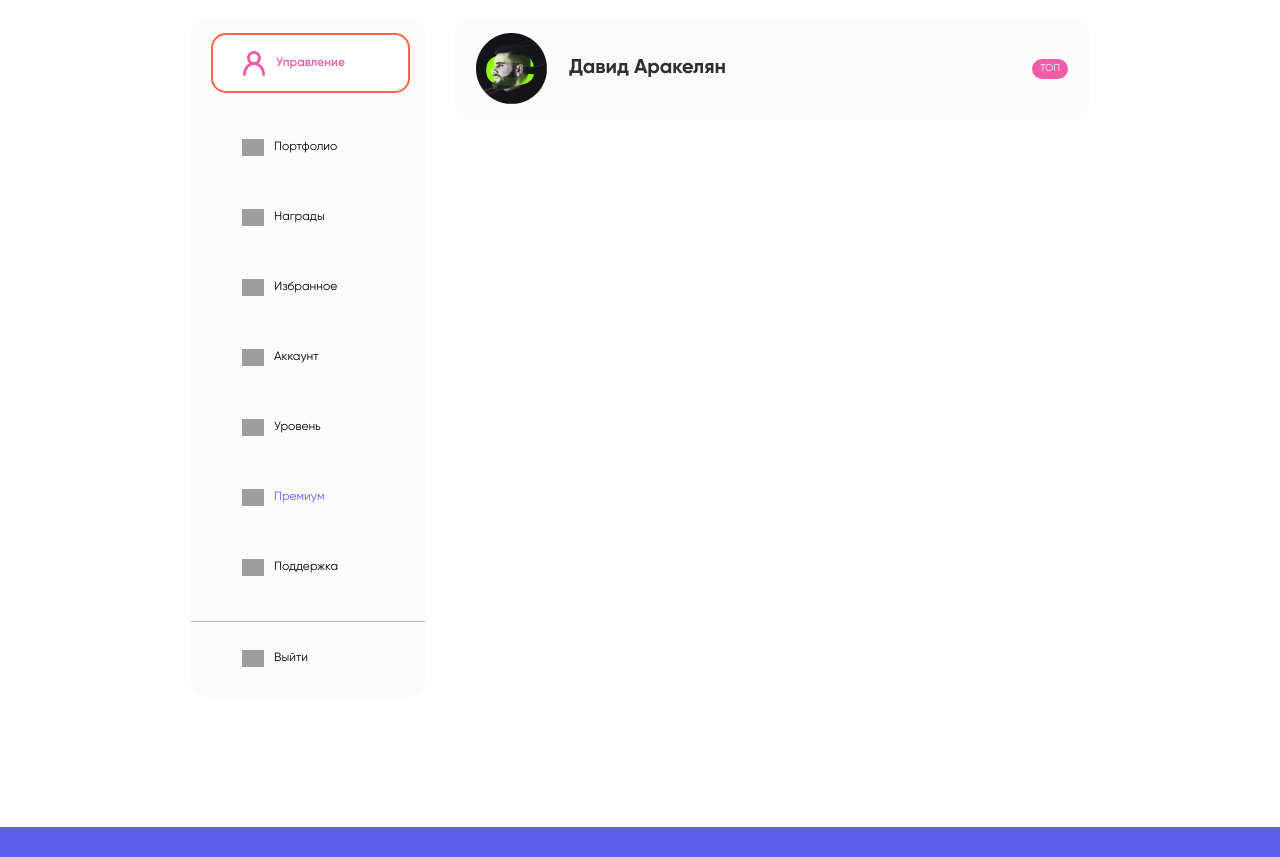
Repository: alexboagreek/selfmade
Page: index.html
An editor plug-in stored every save of this project. The page is shown before and after the next save, followed by the edit.
The browser window is 1280 px wide. The pictures show the part of the page from y = 353 to 1210 px (the page is 1719 px tall).
Pictures or frames that could not be fetched are drawn as grey boxes. A picture or video elsewhere on the page could not be fetched, so the positions and the page height are approximate.

Above is the page before, as saved 2022-12-13 12:35:46.

### index.html
<!DOCTYPE html>
<html lang="ru">
<head>
    <meta charset="UTF-8">
    <meta http-equiv="X-UA-Compatible" content="IE=edge">
    <meta name="viewport" content="width=device-width, initial-scale=1.0">
    <link rel="stylesheet" href="css/style.css">
    <link rel="icon" type="image/png" sizes="64x64" href="assets/icons/favicon.png">
    <link rel="icon" type="image/png" sizes="48x48" href="assets/icons/favicon_48.png">
    <title>Selfmade</title>
</head>
<body>
    <header class="header">
        <div class="header__container">
            <h1 class="visually-hidden">Selfmade...</h1>
            <div class="header__box">
                <div class="header__logo">
                    <a href="/"><img src="./assets/icons/header_logo.svg" alt="Логотип Selfmade"></a>
                </div>
                <div class="header__login">
                    <div class="header__alarm">
                        <img class="header__alarm_icon" src="assets/icons/bell.svg" alt="authorization bell">
                    </div>
                    <p class="user__name">Аракелян Д.</p>
                    <div class="user__login">
                        <img src="assets/icons/user_icon.svg" alt="user icon">
                    </div>
                </div>

            </div>

        </div>
    </header>

    <main class="main main__container">
        <div class="sidebar">
            <ul class="menu__list">
                <li class="menu__list_item menu__list_item_fix">
                    <button class="menu__list_button menu__button_control control__text">Управление</button>
                </li>
                <li class="menu__list_item list_item_fix">
                    <button class="menu__list_button menu__button_portfolio">Портфолио</button>
                </li>
                <li class="menu__list_item list_item_fix">
                    <button class="menu__list_button menu__button_star">Награды</button>
                </li>
                <li class="menu__list_item list_item_fix">
                    <button class="menu__list_button menu__button_like">Избранное</button>
                </li>
                <li class="menu__list_item list_item_fix">
                    <button class="menu__list_button menu__button_settings">Аккаунт</button>
                </li>
                <li class="menu__list_item list_item_fix">
                    <button class="menu__list_button menu__button_level">Уровень</button>
                </li>
                <li class="menu__list_item list_item_fix">
                    <button class="menu__list_button menu__button_premium menu__button_active">Премиум</button>
                </li>
                <li class="menu__list_item item__border list_item_fix">
                    <button class="menu__list_button menu__button_helper">Поддержка</button>
                </li>
                <li class="menu__list_item list_item_fix menu__line">
                    <button class="menu__list_button menu__button_exit">Выйти</button>
                </li>
            </ul>
        </div>
        <div class="content">
            <section class="interface">
                <div class="interface__box">
                    <div class="interface__box_header">
                        <div class="user__info">
                            <img src="assets/img/interface.png" alt="Логотип интерфейса юзера | user interface logo" class="interface__img">
                            <p class="interface__text">Давид Аракелян</p>
                        </div>
                        <div class="interface__rating">Топ</div>
                    </div>
                </div>
            </section>
        </div>
    </main>

  <footer class="footer">
    <div class="footer__container">
        <div class="footer__box">
            <img src="./assets/icons/footer_logo.svg" alt="Логотип Selfmade">
            <div class="footer__social">
                <ul class="footer__social_list">
                    <li class="footer__social_list_item">
                        <svg width="15" height="14" viewbox="0 0 15 14" fill="none" xmlns="http://www.w3.org/2000/svg">
                            <path d="M0.911243 6.87875L4.18677 8.10128L5.45459 12.1786C5.53572 12.4397 5.85504 12.5363 6.067 12.363L7.89283 10.8745C8.08421 10.7186 8.35682 10.7108 8.55683 10.856L11.85 13.2469C12.0767 13.4117 12.3979 13.2875 12.4548 13.0135L14.8672 1.40935C14.9293 1.11007 14.6352 0.860402 14.3502 0.970619L0.907405 6.15646C0.575664 6.2844 0.578554 6.75408 0.911243 6.87875ZM5.25027 7.4505L11.6519 3.50775C11.7669 3.43709 11.8853 3.59266 11.7865 3.6843L6.50332 8.59526C6.31761 8.76813 6.19783 8.99946 6.1639 9.25055L5.98393 10.5842C5.9601 10.7623 5.70995 10.78 5.66081 10.6077L4.96866 8.17563C4.88939 7.89823 5.00491 7.60194 5.25027 7.4505Z" fill="#5D5FEF"/>
                        </svg>
                    </li>
                    <li class="footer__social_list_item">
                        <svg width="15" height="15" viewbox="0 0 15 15" fill="none" xmlns="http://www.w3.org/2000/svg">
                            <path fill-rule="evenodd" clip-rule="evenodd" d="M4.90509 0.6828C2.54568 0.6828 0.632996 2.59548 0.632996 4.9549V10.295C0.632996 12.6544 2.54568 14.5671 4.90509 14.5671H10.2452C12.6046 14.5671 14.5173 12.6544 14.5173 10.295V4.9549C14.5173 2.59548 12.6046 0.6828 10.2452 0.6828H4.90509ZM7.57515 3.88687C5.51067 3.88687 3.83707 5.56047 3.83707 7.62496C3.83707 9.68944 5.51067 11.363 7.57515 11.363C9.63964 11.363 11.3132 9.68944 11.3132 7.62496C11.3132 5.56047 9.63964 3.88687 7.57515 3.88687ZM11.5421 4.64975C12.0898 4.64975 12.5338 4.20573 12.5338 3.65801C12.5338 3.11029 12.0898 2.66627 11.5421 2.66627C10.9944 2.66627 10.5504 3.11029 10.5504 3.65801C10.5504 4.20573 10.9944 4.64975 11.5421 4.64975Z" fill="#5D5FEF"/>
                        </svg>
                    </li>
                    <li class="footer__social_list_item">
                        <svg width="16" height="9" viewbox="0 0 16 9" fill="none" xmlns="http://www.w3.org/2000/svg">
                            <path d="M12.9479 4.91454C12.7006 4.61918 12.7714 4.48778 12.9479 4.22376C12.9511 4.22075 14.9925 1.55289 15.2028 0.648132L15.2041 0.647529C15.3086 0.317814 15.2041 0.0755005 14.6987 0.0755005H13.0263C12.6006 0.0755005 12.4043 0.283456 12.2991 0.516125C12.2991 0.516125 11.4477 2.44378 10.2431 3.69332C9.85434 4.05438 9.67462 4.17012 9.46239 4.17012C9.35787 4.17012 9.19535 4.05438 9.19535 3.72467V0.647529C9.19535 0.252112 9.07617 0.0755005 8.72373 0.0755005H6.09412C5.82709 0.0755005 5.66839 0.259948 5.66839 0.431737C5.66839 0.80666 6.27066 0.892856 6.33312 1.9477V4.23642C6.33312 4.73792 6.23689 4.83015 6.02338 4.83015C5.45489 4.83015 4.07508 2.89465 3.25739 0.679476C3.09232 0.249701 2.93108 0.0761032 2.50216 0.0761032H0.829178C0.351821 0.0761032 0.255585 0.284059 0.255585 0.516728C0.255585 0.927817 0.824079 2.97181 2.89921 5.67222C4.28221 7.51549 6.22988 8.51428 8.00164 8.51428C9.06661 8.51428 9.19663 8.29246 9.19663 7.91091C9.19663 6.14961 9.10039 5.98325 9.63383 5.98325C9.88111 5.98325 10.3068 6.09898 11.3011 6.98806C12.4374 8.04231 12.6242 8.51428 13.2602 8.51428H14.9326C15.4093 8.51428 15.6508 8.29246 15.5119 7.85485C15.1939 6.93442 13.0448 5.04112 12.9479 4.91454V4.91454Z" fill="#5D5FEF"/>
                        </svg>
                    </li>
                    <li class="footer__social_list_item">
                        <svg width="7" height="14" viewbox="0 0 7 14" fill="none" xmlns="http://www.w3.org/2000/svg">
                            <path d="M5.1126 2.93661H6.8285V0.446777H4.81141V0.455757C2.36736 0.540786 1.86645 1.89031 1.8223 3.30771H1.81727V4.55101H0.153015V6.9893H1.81727V13.5253H4.3254V6.9893H6.37996L6.77685 4.55101H4.32622V3.79984C4.32622 3.32082 4.65072 2.93661 5.1126 2.93661Z" fill="#5D5FEF"/>
                        </svg>
                    </li>
                </ul>
            </div>
        </div>
        <div class="footer__services">
            <ul class="services__list">
                <li class="services__list_item">Как работает сервис?</li>
                <li class="services__list_item">Советы от SELFMADE</li>
                <li class="services__list_item">Пользовательское соглашение</li>
                <li class="services__list_item">Почему SELFMADE</li>
                <li class="services__list_item">Помощь и поддержка</li>
            </ul>
        </div>
    </div>
    <div class="footer__copyright">
        <ul class="footer__copyright_list">
            <li class="footer__copyright_list_item footer__copy_text">© SELFMADE.TEAM 2022</li>
            <li class="footer__copyright_list_item footer__copy_text-info">ИНН 431207720494 / ОГРНИП 320508100324371</li>
            <li class="footer__copyright_list_item">
                <a class="footer__copyright_link" href="#">Политика конфиденциальности</a>
            </li>
        </ul>
    </div>

  </footer>
</body>
</html>

### css/style.css
@import 'normalize.css';
@import 'fonts.css';
@import 'default.css';
@import 'header.css';
@import 'sidebar.css';
@import 'interface.css';
@import 'footer.css';

### css/fonts.css
@font-face {
    font-family: Gilroy;
    src: url(../assets/fonts/Gilroy-Regular.woff2) format('woff2'),
    url(../assets/fonts/Gilroy-Regular.woff) format('woff');
    font-weight: 400;
}

@font-face {
    font-family: Gilroy;
    src: url(../assets/fonts/Gilroy-Semibold.woff2) format('woff2'),
    url(../assets/fonts/Gilroy-Semibold.woff) format('woff');
    font-weight: 500;
}

@font-face {
    font-family: Gilroy;
    src: url(../assets/fonts/Gilroy-Bold.woff2) format('woff2'),
    url(../assets/fonts/Gilroy-Bold.woff) format('woff');
    font-weight: 600;
}

### css/default.css
:root {
    --color-control-text:#EF5DA8;
    --color-menu: #F0F0F0;
    --color-menu-active: #5D5FEF;
    --color-alarm: #EF5DA8;
    --color-main: #FBFBFB;
    --footer-color-main: #5D5FEF;
    --footer-color-copyright: #5556D3;
    --footer-social-color: #FFFFFF;
    --footer-copyright-link: #B6B6B6;
}

html {
  overflow-x: hidden;
  position: relative;
  box-sizing: border-box;
}

*,
*::before,
*::after {
  box-sizing: inherit;
}

body {
  display: flex;
  flex-direction: column;
  min-width: 320px;
  height: 100%;
  font-family: Gilroy, sans-serif;
  background-color: #FFFFFF;
  font-size: 16px;
  overflow-x: hidden;
  position: relative;
}

img,
svg {
  max-width: 100%;
  max-height: 100%;
  height: auto;
}

button {
  padding: 0;
  cursor: pointer;
  border: none;
  background-color: transparent;
}

a {
  text-decoration: none;
  color: inherit;
}

ul {
  list-style: none;
  padding: 0;
  margin: 0;
}

h1,
h2,
h3,
p,
figure,
fieldset {
  margin: 0;
}

iframe {
  border: none;
}

fieldset {
  padding: 0;
  border: 0;
}

.visually-hidden {
  position: fixed;
  transform: scale(0);
}

.container {
    max-width: 1400px;
    padding: 0 100px;
    margin: 0 auto;
}

### css/header.css
.header {
    padding-top: 28px;
    padding-bottom: 37px;
    flex: 0 0 auto;
    background-color: #FFFFFF;
}

.header__box {
    display: flex;
    justify-content: space-between;
    align-items: center;
}

.header__container {
    max-width: 1500px;
    margin: 0 auto;
    padding: 0 100px;
}

.header__alarm {
    position: relative;
    margin-right: 11px;
}

.header__alarm::after {
    position: absolute;
    top: 0;
    content: '';
    width: 5px;
    height: 5px;
    background-color: var(--color-alarm);
    border-radius: 50%;
}
.user__name {
    margin-right: 6px;
}

.header__login {
    display: flex;
    align-items: center;
}

.user__login {
    cursor: pointer;
}

.services__list_item {
    cursor: pointer;
}

### css/sidebar.css
.main {
    display: flex;
}

.main__container {
    max-width: 1200px;
    margin: 0 auto;
}

.sidebar {
    display: flex;
    justify-content: center;
    width: 234px;
    border-radius: 15px;
    background-color: var(--color-main);
    margin-bottom: 130px;
    margin-right: 30px;
}

.menu__list_button {
    font-size: 12px;
    line-height: 16px;
    padding: 7px 8px 7px 40px;
    background-size: 22px;
    background-position: 8px center;
    background-repeat: no-repeat;
    border-radius: 50px;
    border: 1px solid transparent;
    white-space: nowrap;
    outline: none;
    margin-bottom: 38px;
}

.menu__list_item_fix {
    display: flex;
    padding-left: 20px;
    align-items: flex-start;
}

.menu__button_active {
    color: var(--color-menu-active);
}

.menu__button_control {
    width: 199px;
    margin-top: 16px;
    border-radius: 15px;
    border: 2px solid tomato;
    padding: 20px;
    background-color: #FFFFFF;
    background-image: url('../assets/icons/user__icon.svg');
    background-position: calc(30px);
}

.control__text {
    font-weight: 500;
    color: var(--color-control-text);
}

.menu__button_portfolio {
    background-image: url('../assets/icons/portfolio_icon.svg');
}
.menu__button_star {
    background-image: url('../assets/icons/star_icon.svg');
}

.menu__button_like {
    background-image: url('../assets/icons/like_icon.svg');
}
.menu__button_settings {
    background-image: url('../assets/icons/settings_icon.svg');
}
.menu__button_level {
    background-image: url('../assets/icons/level_icon.svg');
}
.menu__button_premium {
    background-image: url('../assets/icons/premium_icon.svg');
}

.menu__button_helper {
    background-image: url('../assets/icons/helper_icon.svg');
}

.menu__line {
    width: 234px;
    border-top: 1px solid var(--footer-copyright-link);
}
.menu__button_exit {
    background-image: url('../assets/icons/exit_icon.svg');
    margin-top: 20px;
    margin-bottom: 23px;
}

.list_item_fix {
    padding-left: 42px;
}

### css/interface.css
.interface__box {
    border-radius: 15px;
    padding: 16px 21px;
    width: 634px;
    background-color: var(--color-main);
}
.interface__box_header {
    display: flex;
    justify-content: space-between;
    align-items: center;
    border-bottom: ;
}
.user__info {
    display: flex;
    align-items: center;
}

.interface__text {
    font-weight: 700;
    font-size: 20px;
    margin-left: 22px;
    line-height: 1.06;
    color: #2F2F2F;
}

.interface__rating {
    padding: 4px 8px;
    border-radius: 47px;
    color: #FFFFFF;
    background-color: var( --color-control-text);
    font-size: 10px;
    text-transform: uppercase;
}

### css/footer.css
.footer {
    flex: 0 0 auto;
}

.footer__container {
    padding: 50px 140px 0px 140px;
    background-color: var(--footer-color-main);
}

.footer__box {
    display: flex;
    justify-content: space-between;
    background-color: var(--footer-color-main);
    margin-bottom: 50px;
}

.footer__social_list_item {
    display: flex;
    align-items: center;
    justify-content: center;
    width: 29px;
    height: 29px;
    background-color: var(--footer-social-color);
    border-radius: 50%;
    margin-right: 19px;
    cursor: pointer;
}

.footer__social_list_item:last-child {
    margin-right: 0;
}

.footer__social_list {
    display: flex;
}

.footer__services {
    padding-bottom: 41px;
}

.services__list {
    display: flex;
    justify-content: space-between;
}
.services__list_item {
    font-size: 16px;
    font-weight: 500;
    color: var(--footer-social-color);
}

.footer__copyright {
    padding: 30px 140px;
    border-top: 1px solid #FFFFFF;
    background-color: var(--footer-color-copyright);
}

.footer__copyright_list {
    display: flex;
    justify-content: space-between;
}

.footer__copy_text {
    font-weight: 500;
    line-height: 16px;
    color: var(--footer-social-color);
}

.footer__copy_text-info {
    font-weight: 400;
    color: var(--footer-social-color);
}
.footer__copyright_link {
    color: var(--footer-copyright-link);
}

Loaded but not shown: css/normalize.css (library)

After the next save:
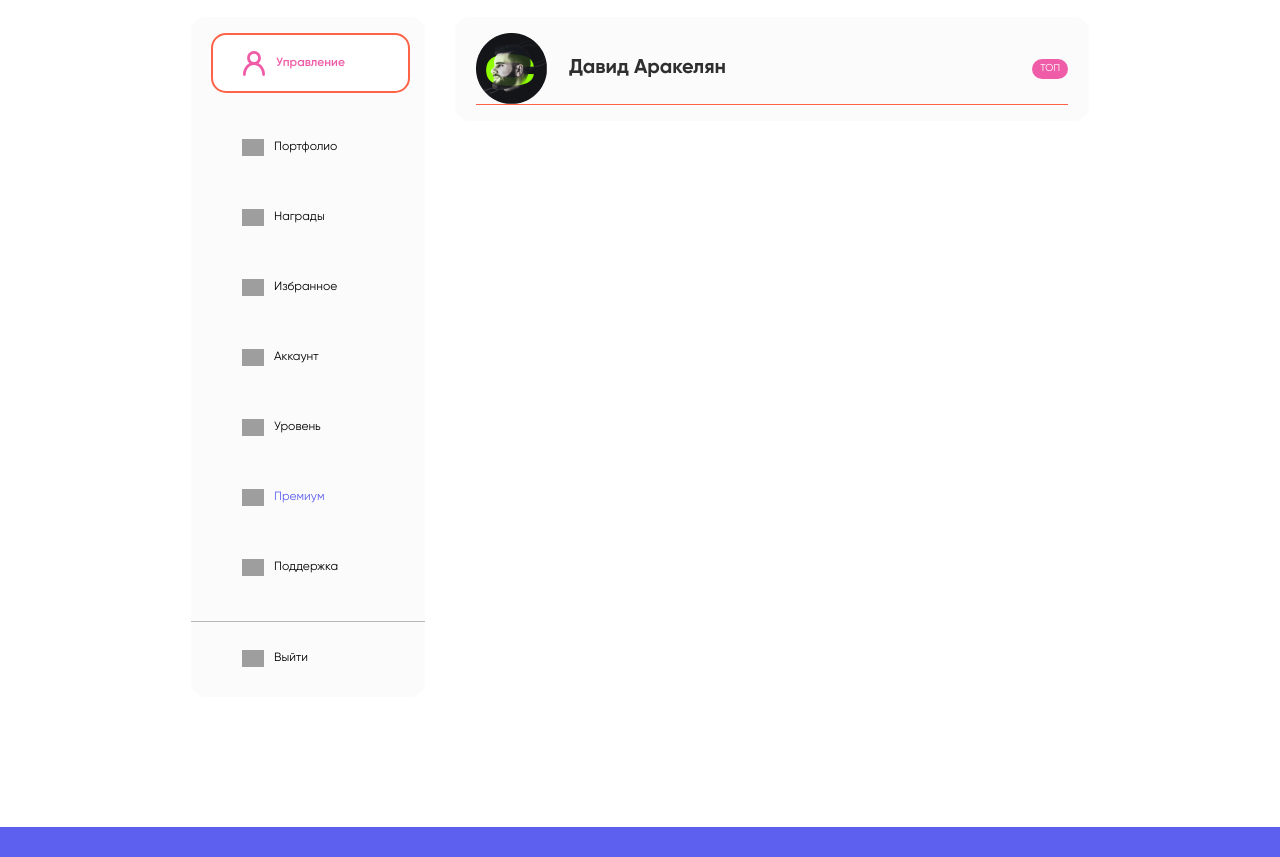
Saved 9 s later.
--- a/css/interface.css
+++ b/css/interface.css
@@ -8,7 +8,7 @@
     display: flex;
     justify-content: space-between;
     align-items: center;
-    border-bottom: ;
+    border-bottom: 1px solid tomato ;
 }
 .user__info {
     display: flex;
